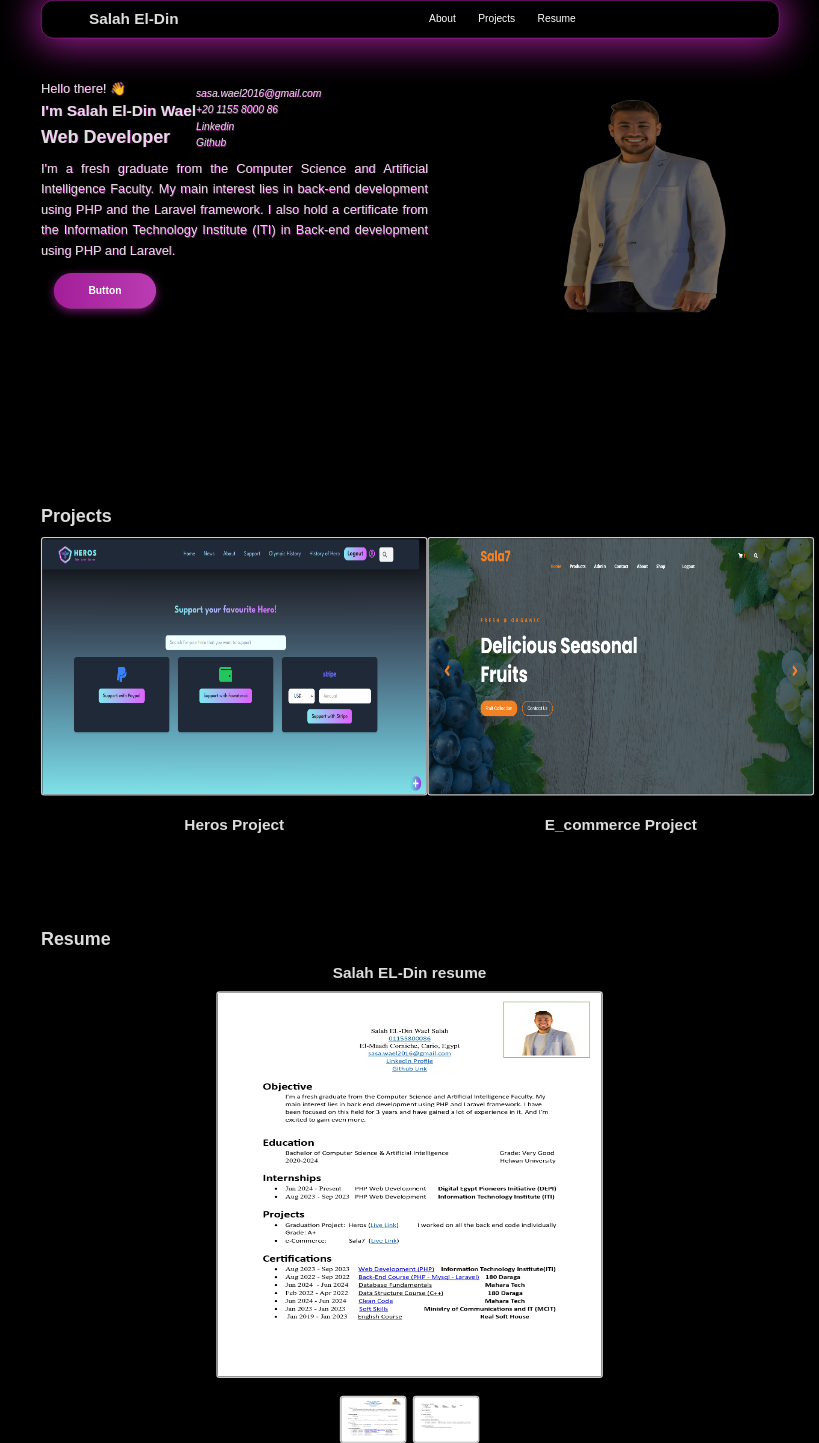
Repository: Salah-Wael/Salah-EL-Din-Portfolio
Page: index.html
The author's editor kept a copy of each file at every save. The page is drawn from the files as they stood at one save, then again after the next save.
The browser window is 1280 px wide. The pictures show the whole page, at 64% of full size.

Above is the page before, as saved 2024-07-28 03:19:37.

After the next save:
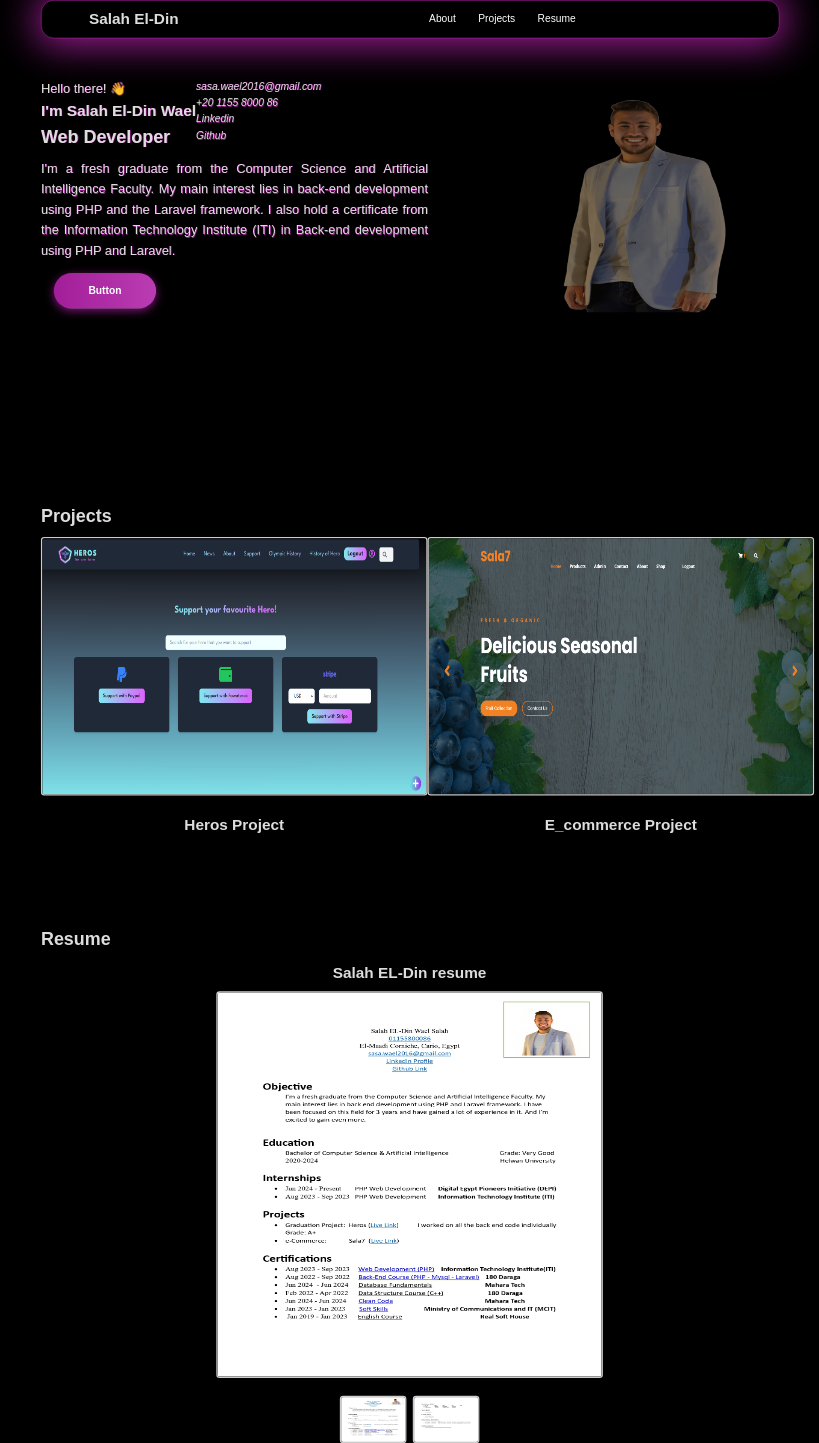
Saved 5 min 36 s later.
--- a/style.css
+++ b/style.css
@@ -109,6 +109,7 @@
 }
 .about .content .info{
   display: flex;
+  fl
   align-items: center;
 }
 .about .content .info .contact{

After the 3 saves that followed:
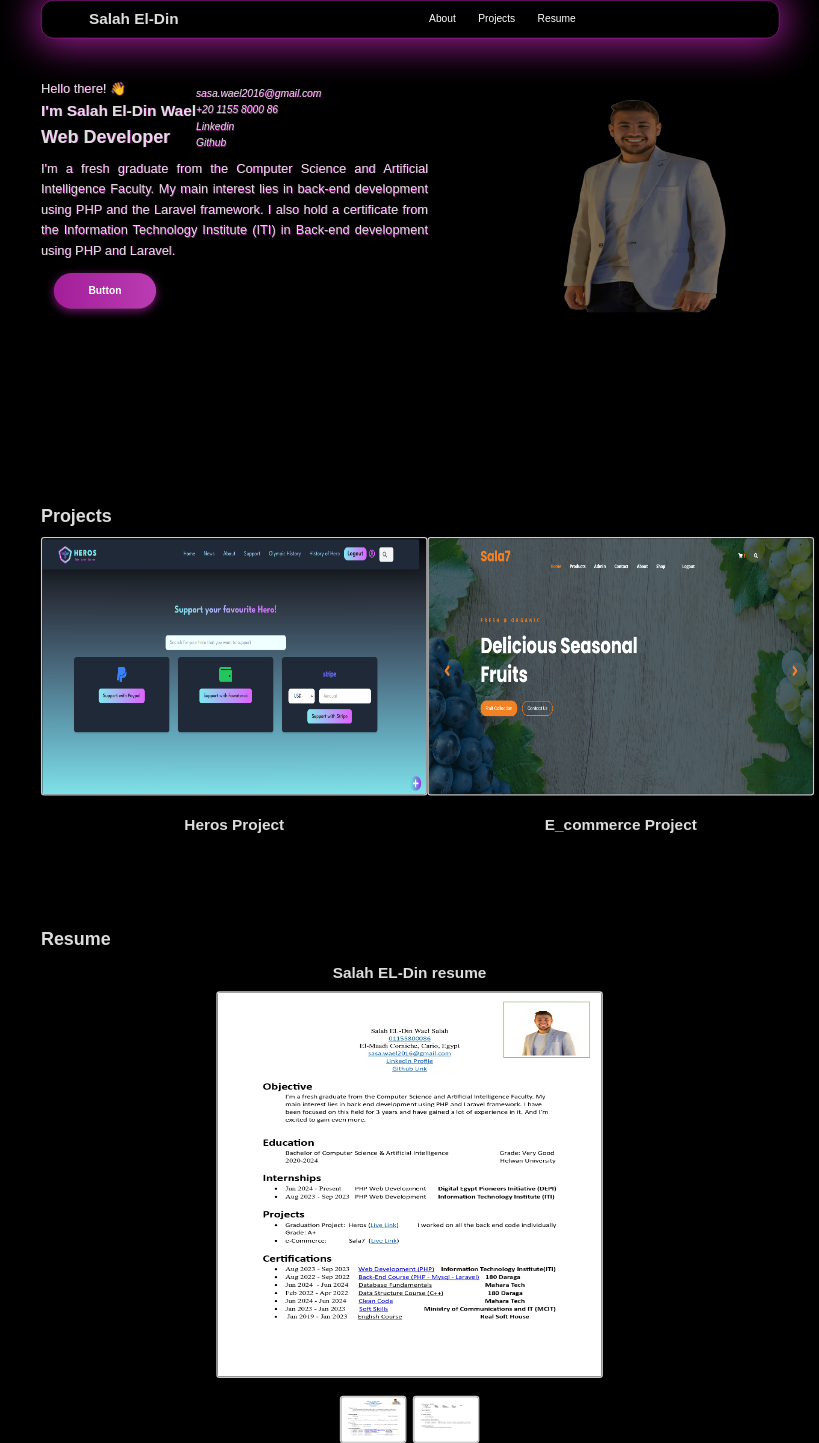
The 3 saves are shown as one change because 1 left the picture as it was and some came seconds apart.
The last was saved 11 s later.
--- a/style.css
+++ b/style.css
@@ -109,7 +109,7 @@
 }
 .about .content .info{
   display: flex;
-  fl
+  flex-wrap: w;
   align-items: center;
 }
 .about .content .info .contact{
